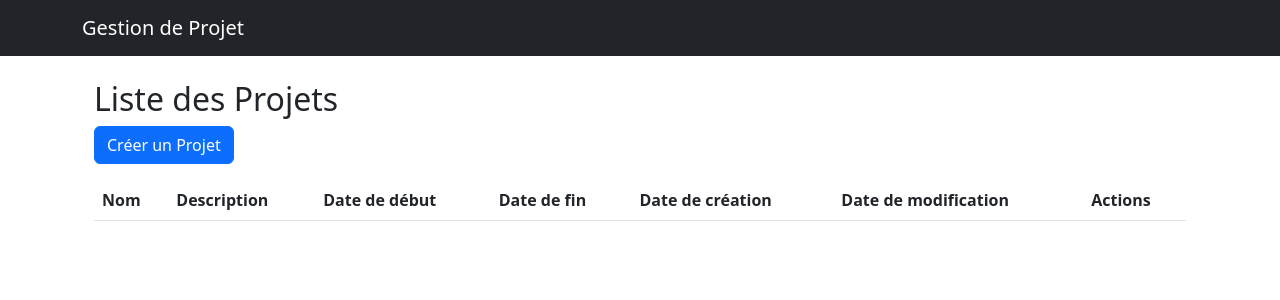
Repository: SalmaElhaou/Scrum-Project
Page: http://localhost/projects
The author's editor kept a copy of each file at every save. The page is drawn from the files as they stood at one save, then again after a run of saves.
The browser window is 1280 px wide. The pictures show the whole page.
The page is served by the project's Laravel application, run on PHP 8.4 with Laravel 10. Other server files are loaded and not shown. Queries for data that is not in the repository find no rows.

Above is the page before, as saved 2025-02-02 14:05:49.

### routes/web.php
<?php

use Illuminate\Support\Facades\Route;
use App\Http\Controllers\ProjectController;
/*
|--------------------------------------------------------------------------
| Web Routes
|--------------------------------------------------------------------------
|
| Here is where you can register web routes for your application. These
| routes are loaded by the RouteServiceProvider and all of them will
| be assigned to the "web" middleware group. Make something great!
|
*/

Route::get('/', function () {
    return view('welcome');
});

Route::resource('projects', ProjectController::class);

### app/Http/Controllers/ProjectController.php
<?php

namespace App\Http\Controllers;

use Illuminate\Http\Request;
use App\Models\Project;
class ProjectController extends Controller
{
    /**
     * Display a listing of the resource.
     */
    public function index()
    {
    $projects = Project::all();
    return view('projects.index', compact('projects'));
    }

    /**
     * Show the form for creating a new resource.
     */
    public function create()
    {
    return view('projects.create');
    }

    /**
     * Store a newly created resource in storage.
     */
    public function store(Request $request)
    {
        $request->validate([
            'name' => 'required|string|max:255',
            'description' => 'nullable|string',
            'start_date' => 'nullable|date',
            'end_date' => 'nullable|date|after_or_equal:start_date',
        ]);

        Project::create($request->all());

        return redirect()->route('projects.index')->with('success', 'Projet créé avec succès.');
    }

    /**
     * Display the specified resource.
     */
    public function show(Project $project )
    {
        return view('projects.show',compact('project'));
    }

    /**
     * Show the form for editing the specified resource.
     */
    public function edit(Project $project)
    {
        return view('projects.edit',compact('project'));
    }

    /**
     * Update the specified resource in storage.
     */
    public function update(Request $request, Project $project)
    {
        $request->validate([
            'name' => 'required|string|max:255',
            'description' => 'nullable|string',
            'start_date' => 'nullable|date',
            'end_date' => 'nullable|date|after_or_equal:start_date',        ]);
        $project->update($request->all());
        return redirect()->route('projects.index')->with('success', 'Projet mis à jour avec succès !');
    }

    /**
     * Remove the specified resource from storage.
     */
    public function destroy(Project $project)
    {
        $project->delete();
        return redirect()->route('projects.index')->with('success', 'Projet supprimé avec succès !');
    }
}

### app/Models/Project.php
<?php

namespace App\Models;

use Illuminate\Database\Eloquent\Factories\HasFactory;
use Illuminate\Database\Eloquent\Model;

class Project extends Model
{
    use HasFactory;
    protected $fillable = ['name', 'description', 'start_date', 'end_date'];
}

### resources/views/projects/index.blade.php
@extends('layouts.app')

@section('title', 'Liste des Projets')

@section('content')
<div class="container">
    <h2>Liste des Projets</h2>
    <a href="{{ route('projects.create') }}" class="btn btn-primary">Créer un Projet</a>

    <table class="table mt-3">
        <thead>
            <tr>
                <th>Nom</th>
                <th>Description</th>
                <th>Date de début</th>
                <th>Date de fin</th>
                <th>Date de création</th>
                <th>Date de modification</th>
                <th>Actions</th>
            </tr>
        </thead>
        <tbody>
            @foreach ($projects as $project)
            <tr>
                <td>{{ $project->name }}</td>
                <td>{{ $project->description }}</td>
                <td>{{ $project->start_date }}</td>
                <td>{{ $project->end_date }}</td>
                <td>{{ $project->created_at->format('d/m/Y H:i') }}</td>
                <td>{{ $project->updated_at->format('d/m/Y H:i') }}</td>
                <td>
                    <a href="{{ route('projects.show', $project->id) }}" class="btn btn-info">Voir</a>
                    <a href="{{ route('projects.edit', $project->id) }}" class="btn btn-warning">Modifier</a>

                    <form action="{{ route('projects.destroy', $project->id) }}" method="POST" style="display:inline;">
                        @csrf
                        @method('DELETE')
                        <button type="submit" class="btn btn-danger" onclick="return confirm('Êtes-vous sûr ?')">Supprimer</button>
                    </form>
                </td>
            </tr>
            @endforeach
        </tbody>
    </table>
</div>
@endsection

### resources/views/layouts/app.blade.php
<!DOCTYPE html>
<html lang="fr">
<head>
    <meta charset="UTF-8">
    <meta name="viewport" content="width=device-width, initial-scale=1.0">
    <title>@yield('title', 'Gestion de Projet')</title>
    <link rel="stylesheet" href="https://cdn.jsdelivr.net/npm/bootstrap@5.3.0/dist/css/bootstrap.min.css">
</head>
<body>
    <nav class="navbar navbar-expand-lg navbar-dark bg-dark">
        <div class="container">
            <a class="navbar-brand" href="{{ route('projects.index') }}">Gestion de Projet</a>
            <button class="navbar-toggler" type="button" data-bs-toggle="collapse" data-bs-target="#navbarNav">
                <span class="navbar-toggler-icon"></span>
            </button>
        </div>
    </nav>

    <div class="container mt-4">
        @yield('content')
    </div>

    <script src="https://cdn.jsdelivr.net/npm/bootstrap@5.3.0/dist/js/bootstrap.bundle.min.js"></script>
</body>
</html>

Loaded but not shown: app/Http/Controllers/Controller.php (common file)

After the next 3 saves:
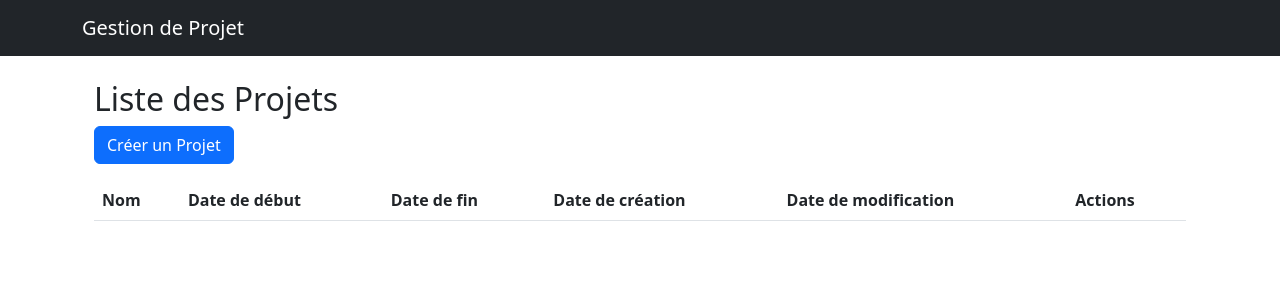
The 3 saves are shown as one change because they came seconds apart.
The last was saved 115 s later.
--- a/resources/views/projects/index.blade.php
+++ b/resources/views/projects/index.blade.php
@@ -11,7 +11,6 @@
         <thead>
             <tr>
                 <th>Nom</th>
-                <th>Description</th>
                 <th>Date de début</th>
                 <th>Date de fin</th>
                 <th>Date de création</th>
